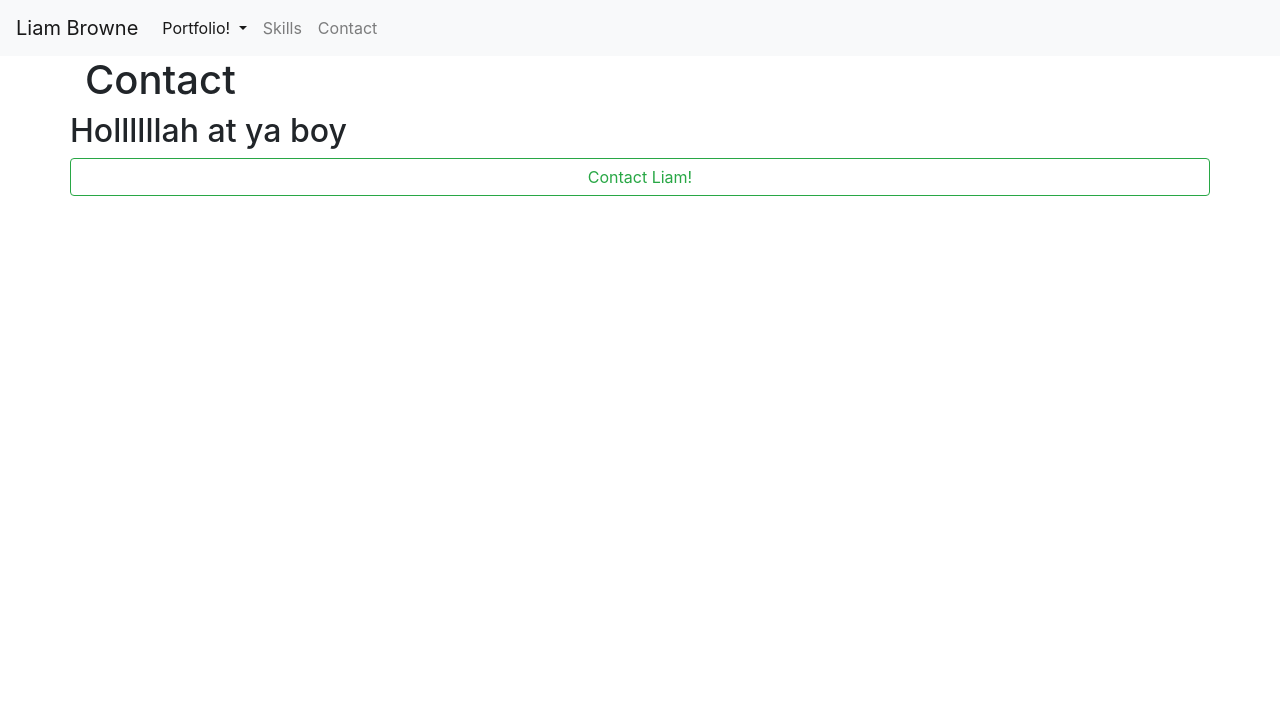
Repository: LiamB123/LiamBrowne.com.github.io
Page: contact.html
The author's editor kept a record of every edit. The page is drawn from the files as they stood at one moment, then again after the next edit.
The browser window is 1280 px wide. The pictures show the whole page.
Backgrounds fixed to the window are drawn as part of the page.

Above is the page before.

### contact.html
<!DOCTYPE html>
<html lang="en">

<head>
    <meta charset="UTF-8">
    <meta name="viewport" content="width=device-width, initial-scale=1.0">


    <meta http-equiv="X-UA-Compatible" content="ie=edge">

    <title>Liam Browne</title>

    <!--Boostrap Links for Css, Js and Jquery --->
    <link rel="stylesheet" href="https://stackpath.bootstrapcdn.com/bootstrap/4.4.1/css/bootstrap.min.css" integrity="sha384-Vkoo8x4CGsO3+Hhxv8T/Q5PaXtkKtu6ug5TOeNV6gBiFeWPGFN9MuhOf23Q9Ifjh" crossorigin="anonymous">

    <script src="https://code.jquery.com/jquery-3.4.1.slim.min.js" integrity="sha384-J6qa4849blE2+poT4WnyKhv5vZF5SrPo0iEjwBvKU7imGFAV0wwj1yYfoRSJoZ+n" crossorigin="anonymous"></script>
    <script src="https://cdn.jsdelivr.net/npm/popper.js@1.16.0/dist/umd/popper.min.js" integrity="sha384-Q6E9RHvbIyZFJoft+2mJbHaEWldlvI9IOYy5n3zV9zzTtmI3UksdQRVvoxMfooAo" crossorigin="anonymous"></script>
    <script src="https://stackpath.bootstrapcdn.com/bootstrap/4.4.1/js/bootstrap.min.js" integrity="sha384-wfSDF2E50Y2D1uUdj0O3uMBJnjuUD4Ih7YwaYd1iqfktj0Uod8GCExl3Og8ifwB6" crossorigin="anonymous"></script>


    <link rel="stylesheet" href="static/css/custom.css" type="text/css" />

</head>




<nav class="navbar navbar-expand-lg navbar-light bg-light">
    <a class="navbar-brand" href="#">Liam Browne </a>
    <button class="navbar-toggler" type="button" data-toggle="collapse" data-target="#navbarSupportedContent" aria-controls="navbarSupportedContent" aria-expanded="false" aria-label="Toggle navigation">
    <span class="navbar-toggler-icon"></span>
  </button>

    <div class="collapse navbar-collapse" id="navbarSupportedContent">
        <ul class="navbar-nav mr-auto">
            <li class="nav-item active nav-item dropdown">
                <a class="nav-link dropdown-toggle" href="#" id="navbarDropdown" role="button" data-toggle="dropdown" aria-haspopup="true" aria-expanded="false">
          Portfolio!
        </a>
                <div class="dropdown-menu" aria-labelledby="navbarDropdown">
                    <a class="dropdown-item" href="#">E-Commerce</a>
                    <a class="dropdown-item" href="#">Booze Clues</a>
                    <div class="dropdown-divider"></div>
                    <a class="dropdown-item" href="#">Something else here</a>
                </div>
            </li>
            <a class="nav-link" href="#">Skills<span class="sr-only">(current)</span></a>
            </li>
            <li class="nav-item">
                <a class="nav-link" href="contact">Contact</a>
            </li>

        </ul>

    </div>
</nav>


<div class="container">



    <h1>
        Contact
    </h1>
    <div class="row row-flex">
        <div id="contact-img">
            <h2>

                Hollllllah at ya boy
            </h2>
        </div>

        <!-- Button trigger modal -->
        <button type="button" class="btn btn-outline-success btn-block " data-toggle="modal" data-target="#staticBackdrop">
    Contact Liam!
    </button>

        <!-- Modal -->
        <div class="modal fade" id="staticBackdrop" data-backdrop="static" tabindex="-1" role="dialog" aria-labelledby="staticBackdropLabel" aria-hidden="true">
            <div class="modal-dialog" role="document">
                <div class="modal-content">
                    <div class="modal-header">
                        <h5 class="modal-title" id="staticBackdropLabel">Just a few details so I can respond!</h5>
                        <button type="button" class="close" data-dismiss="modal" aria-label="Close">
          <span aria-hidden="true">&times;</span>
        </button>
                    </div>
                    <div class="modal-body">

                        <form>
                            <div class="form-group">
                                <label for="Email">Email address</label>
                                <input type="email" class="form-control" id="Email" placeholder="I will never share this information!">
                            </div>
                            <div class="form-group">
                                <label for="exampleFormControlSelect1">Is there a specific thing you want to talk about?</label>
                                <select class="form-control" id="exampleFormControlSelect1">
      <option>Just Saying Hi!</option>
      <option>Collaboration</option>
      <option>Business Opportunity</option>

    </select>
                            </div>

                            <div class="form-group">
                                <label for="exampleFormControlTextarea1">Message</label>
                                <textarea class="form-control" id="exampleFormControlTextarea1" rows="8"></textarea>
                            </div>
                            <button type="submit" class="btn btn-lg btn-outline-dark">Send!</button>
                        </form>
                    </div>
                    <div class="modal-footer">
                        <button type="button" class="btn btn-dark" data-dismiss="modal">Close</button>
                    </div>
                </div>
            </div>
        </div>
    </div>
</div>

### static/css/custom.css
<!-- Image Classes-->


#contact-img {
    min-height: 100vh;
    min-width: 100%;
    z-index: -1;
    background-image: url("..img/telephone.jpg");
    background-repeat: no-repeat;
    background-position: center;
    background-attachment: fixed;
}


#title-img{
    background-attachment: fixed;
    background-image: url("../img/laptop.jpg");
    background-position: bottom;
    background-size: cover;
   min-height: 100vh;
    min-width: 100%;
    margin-bottom: 0px;
    z-index: -1;
}

.white-lettering{
    color: white;
}


.vertical-align-center{
    padding-top:50%;
    text-align: center;
    padding-bottom: 30%;
}

After the next edit:
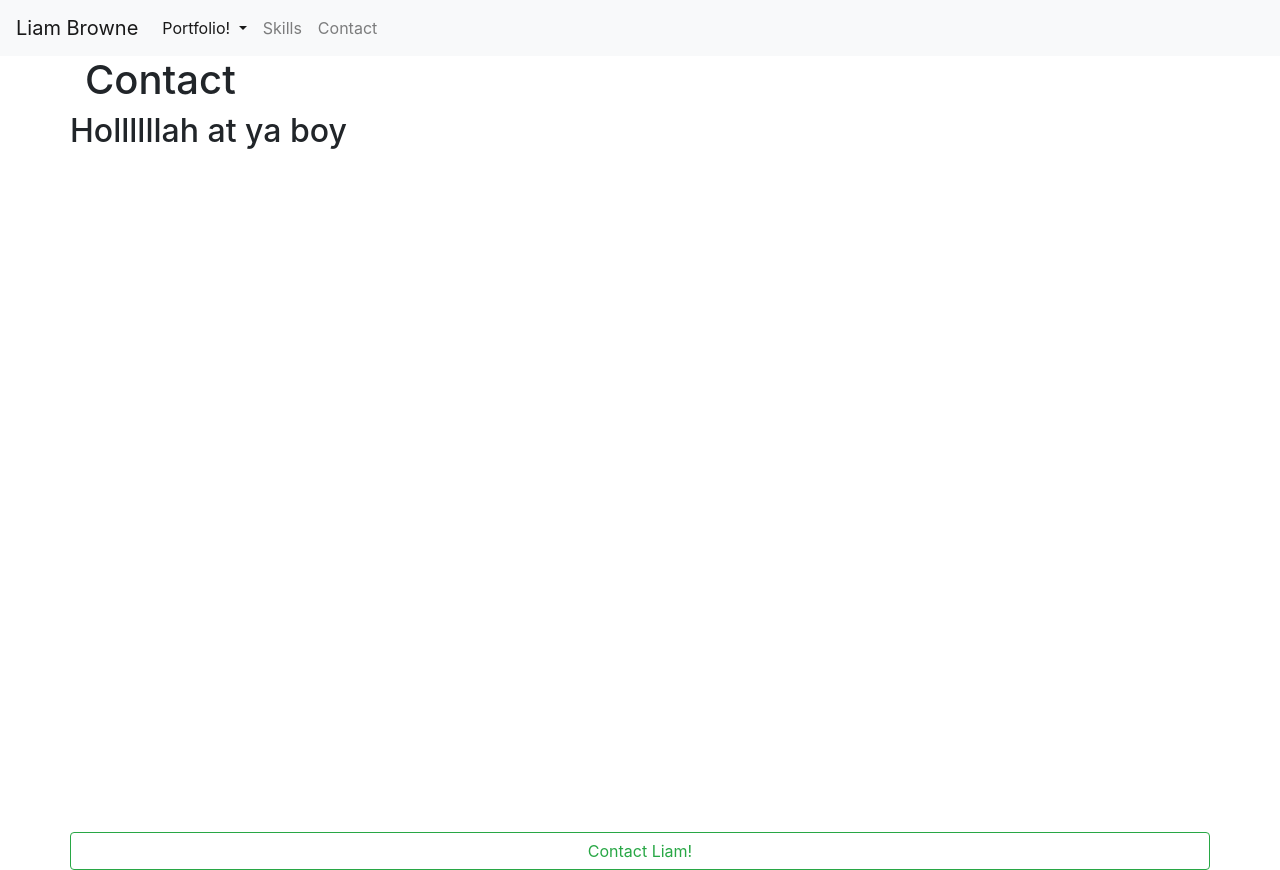
Not found: static/css/..img/telephone.jpg
The edit:
--- a/static/css/custom.css
+++ b/static/css/custom.css
@@ -1,4 +1,4 @@
-<!-- Image Classes-->
+/*Image Classes*/
 
 
 #contact-img {

After the edit that followed:
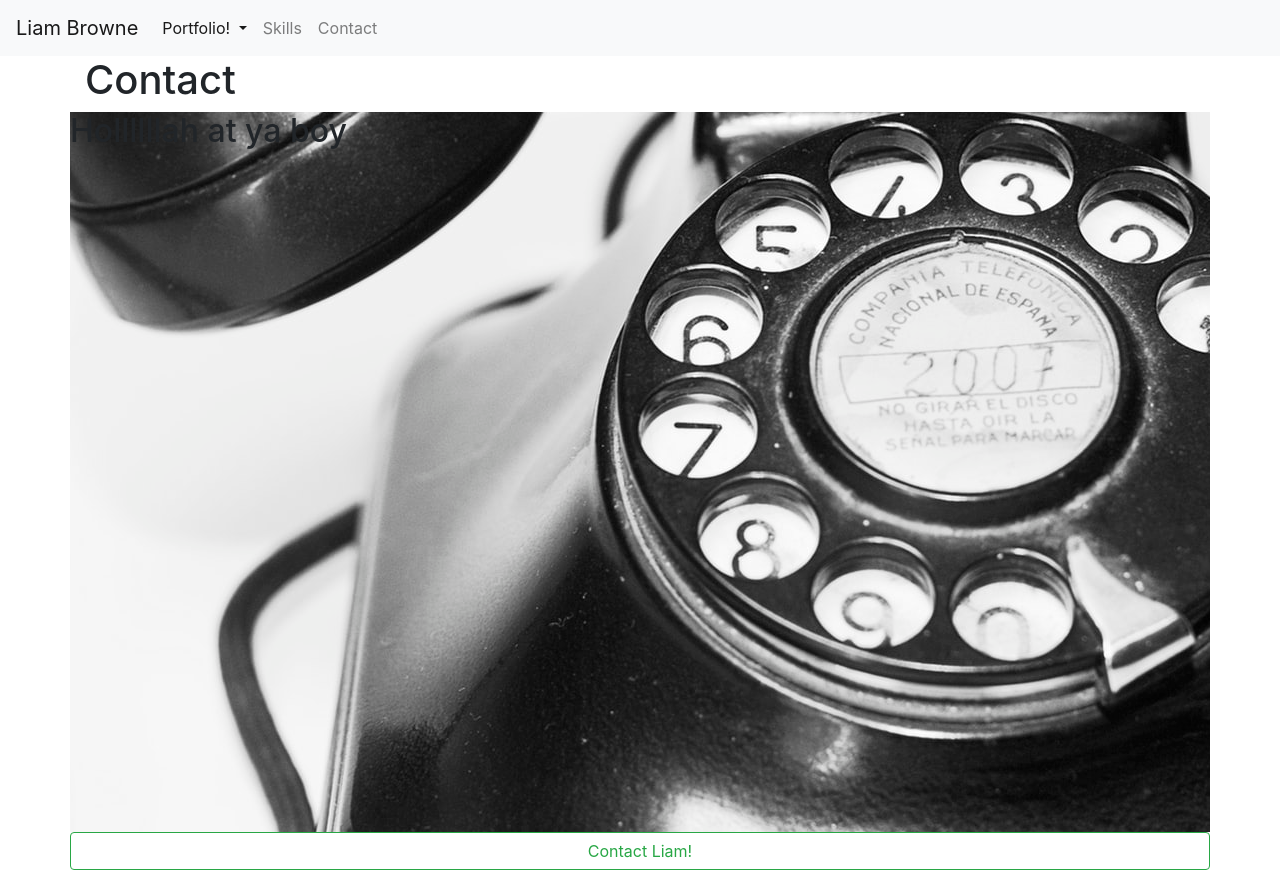
The edit:
--- a/static/css/custom.css
+++ b/static/css/custom.css
@@ -5,7 +5,7 @@
     min-height: 100vh;
     min-width: 100%;
     z-index: -1;
-    background-image: url("..img/telephone.jpg");
+    background-image: url("../img/telephone.jpg");
     background-repeat: no-repeat;
     background-position: center;
     background-attachment: fixed;
